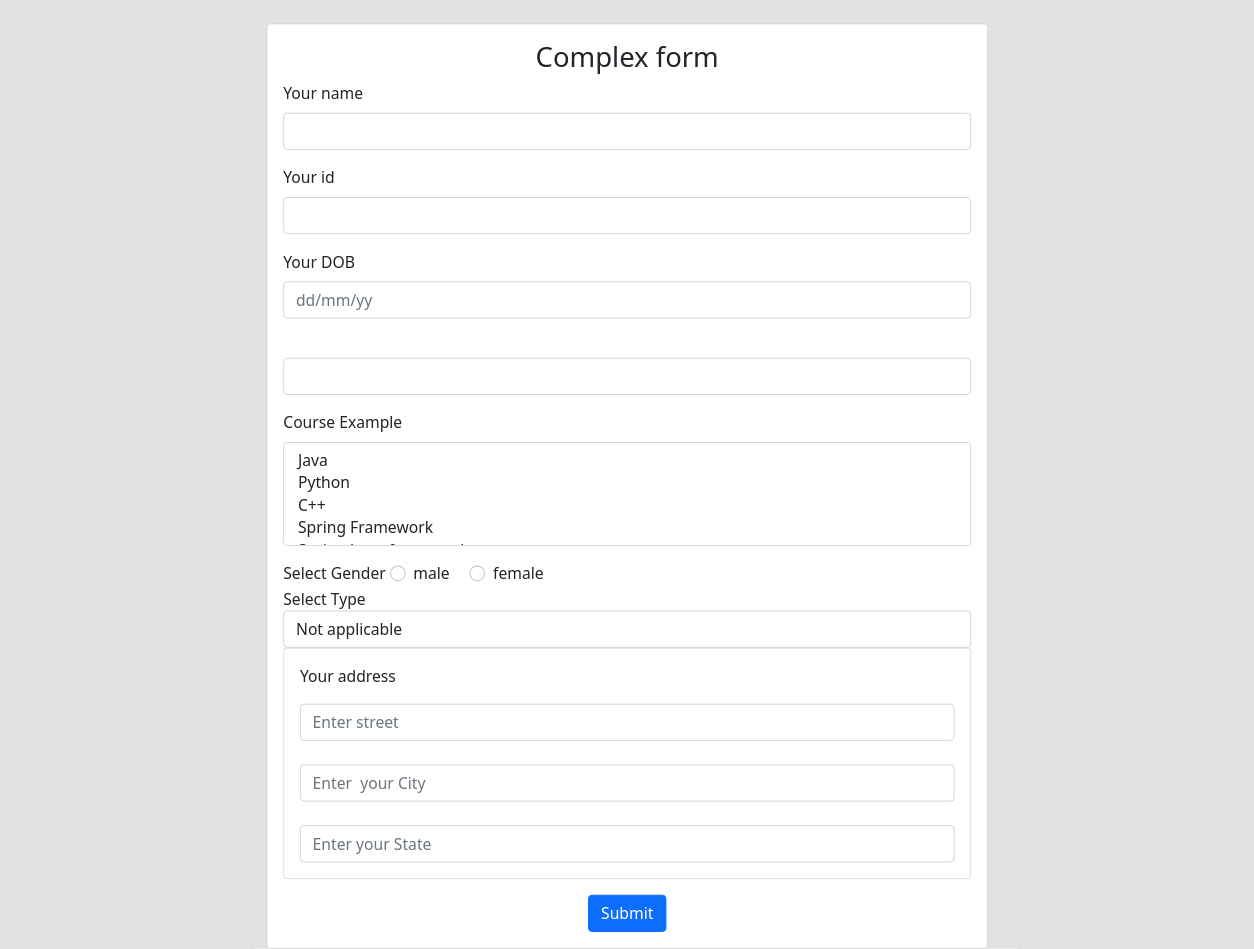
Repository: himanshurai26/Spring-Framewrok-code-
Page: http://localhost/SpringMvcSearch/WEB-INF/views/complex-form.jsp
The author's editor kept a copy of each file at every save. The page is drawn from the files as they stood at one save, then again after the next save.
The browser window is 1280 px wide. The pictures show the whole page, at 98% of full size.
The page is served by Tomcat 9. Nobody is signed in. Other server files are loaded and not shown. The template is opened directly, without the code that normally fills it, so the values that code supplies are empty.

Above is the page before, as saved 2023-07-28 18:41:26.

### SpringMVC/SpringMvcSearch/src/main/webapp/WEB-INF/views/complex-form.jsp
<!doctype html>
<html lang="en">
  <head>
    <!-- Required meta tags -->
    <meta charset="utf-8">
    <meta name="viewport" content="width=device-width, initial-scale=1">

    <!-- Bootstrap CSS -->
    <link href="https://cdn.jsdelivr.net/npm/bootstrap@5.0.2/dist/css/bootstrap.min.css" rel="stylesheet" integrity="sha384-EVSTQN3/azprG1Anm3QDgpJLIm9Nao0Yz1ztcQTwFspd3yD65VohhpuuCOmLASjC" crossorigin="anonymous">

    <title>Complex form</title>
  </head>
  <body class="" style="background: #e2e2e2;">

   <div class="container mt-4">

   <div class="row">
   <div class="col-md-8 offset-md-2">
   <div class="card">
   <div class="card-body">
   <h3 class="text-center">Complex form</h3>
   <form action="handleform" method="post" >

   <div class="form-group">

  <div class="mb-3">
    <label for="exampleInputEmail1" class="form-label">Your name</label>
    <input type="text" class="form-control" id="exampleInputEmail1" name="name" aria-describedby="emailHelp">
    </div>

  <div class="mb-3">
    <label for="exampleInputId" class="form-label">Your id</label>
    <input type="text" class="form-control" id="exampleInputPassword1" name="id">
  </div>

  <div class="mb-3">
    <label for="exampleInputEmail1" class="form-label">Your DOB</label>
    <input type="text" class="form-control" id="exampleInputEmail1" name="date"  placeholder="dd/mm/yy" aria-describedby="emailHelp">
    </div>

   <div class="mb-3">
    <label for="exampleInputEmail1" class="form-label"></label>
    <input type="email" class="form-control" id="exampleInputEmail1" name="name" aria-describedby="emailHelp">
    </div>

    <div class="mb-3">
    <label for="formcontrolselect1" class="form-label">Course Example</label>
    <select
    class="form-control" id="exampleInputEmail1" name="subjects"  multiple>
 <option>Java</option>
 <option>Python</option>
 <option>C++</option>
 <option>Spring Framework</option>
 <option>Spring boot framework</option>
 <option>Jsp</option>
 </select>
    </div>

    <div class="form-group">
    <span class="mb-3">Select Gender</span>
    <div class="form-check form-check-inline">
    <input class="form-check-input"  type="radio" name="gender"
    id="inlineRadio1" value="male"><label
    class="form-check-Label" for="inlineRadio1">male
    </label>
    </div>
    <div class="form-check form-check-inline">
    <input class="form-check-input"  type="radio" name="gender"
    id="inlineRadio2" value="male"><label
    class="form-check-Label" for="inlineRadio2">female
    </label>
    </div>

    </div>

    <div class="form-group">
    <label for="">Select Type</label><select class="form-control"
    name="type">
    <option value="notapplicable">Not applicable</option>
    <option value="oldstudent">Old Student</option>
    <option value="normalstudent">Normal Student</option>
    </select>
    </div>

    <div class="card">
    <div class="card-body">


<p>Your address</p>

    <div class="form-group">
    <input type="text" class="form-control"  name="address.Street" placeholder="Enter street" />
    </div>
  <br>
    <div class="form-group">
    <input type="text" class="form-control"  name="address.city" placeholder="Enter  your City" />
    </div>
    <br>


    <div class="form-group">
    <input type="text" class="form-control"  name="address.state" placeholder="Enter your State" />
    </div>
    </div>

    </div>

  <div class="container text-center mt-3">
  <button type="submit" class="btn btn-primary">Submit</button>
</div>

</div>
</form>

   </div>


   </div>

   </div>
   </div>
   </div>
















    <script src="https://cdn.jsdelivr.net/npm/bootstrap@5.0.2/dist/js/bootstrap.bundle.min.js" integrity="sha384-MrcW6ZMFYlzcLA8Nl+NtUVF0sA7MsXsP1UyJoMp4YLEuNSfAP+JcXn/tWtIaxVXM" crossorigin="anonymous"></script>

  </body>
</html>

After the next save:
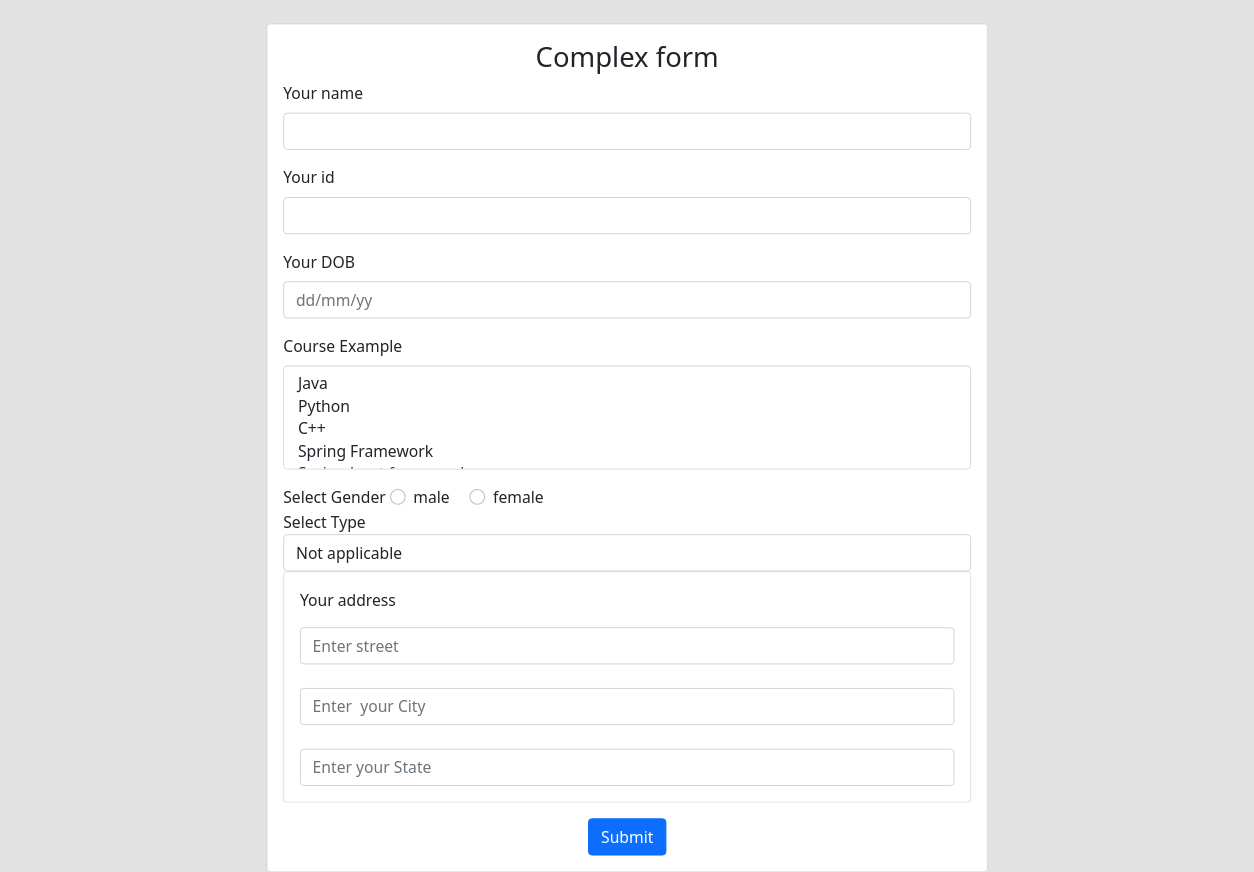
Saved 110 s later.
--- a/SpringMVC/SpringMvcSearch/src/main/webapp/WEB-INF/views/complex-form.jsp
+++ b/SpringMVC/SpringMvcSearch/src/main/webapp/WEB-INF/views/complex-form.jsp
@@ -36,11 +36,6 @@
   <div class="mb-3">
     <label for="exampleInputEmail1" class="form-label">Your DOB</label>
     <input type="text" class="form-control" id="exampleInputEmail1" name="date"  placeholder="dd/mm/yy" aria-describedby="emailHelp">
-    </div>
-
-   <div class="mb-3">
-    <label for="exampleInputEmail1" class="form-label"></label>
-    <input type="email" class="form-control" id="exampleInputEmail1" name="name" aria-describedby="emailHelp">
     </div>
 
     <div class="mb-3">
